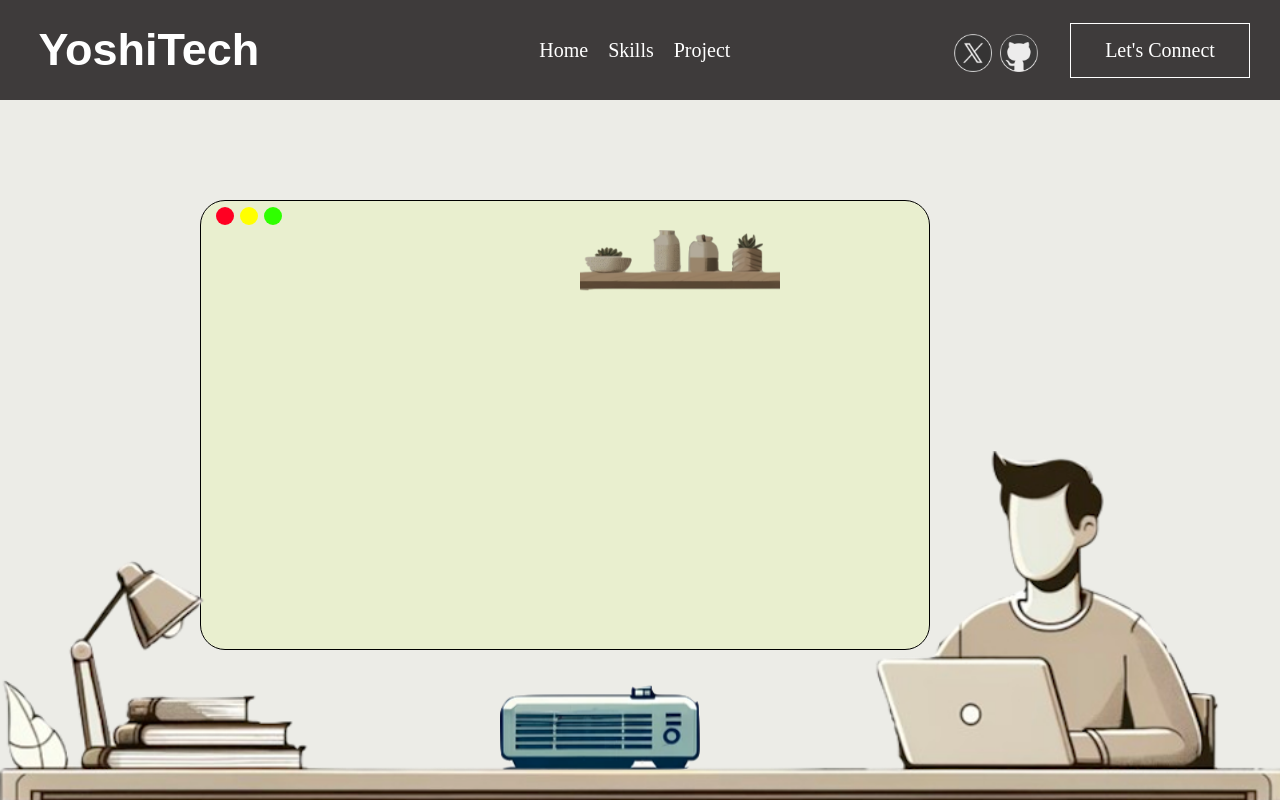
Repository: Yoshiki0418/My_Portfolio
Page: index.html
An editor plug-in stored every save of this project. The page is shown before and after the next save, followed by the edit.
The browser window is 1280 px wide. The pictures show the whole page.

Above is the page before, as saved 2024-01-05 23:45:10.

### index.html
<!DOCTYPE html>
<html lang="ja">
<head>
    <meta charset="UTF-8">
    <meta name="viewport" content="width=device-width, initial-scale=1.0">
    <title>Document</title>
    <link rel="stylesheet" type="text/css" href="style.css">
</head>
<body>
    <header>
        <h1 class="Logo">YoshiTech</h1>
        <div class="page_changer">
            <a class="changer_font">Home</a>
            <a class="changer_font">Skills</a>
            <a class="changer_font">Project</a>
        </div>
        <div class="sns_container">
            <a><img src="static/image/X.png" class="sns_pic"></a>
            <a><img src="static/image/GitHub.png" class="sns_pic"></a>
        </div>
        <div class="connect_container">
            <a class="connect_font">Let's Connect</a>
        </div>
    </header>
    <main>
        <section class="hero_section">
            <div class="monitor_container">
                <div class="circle_container">
                    <div class="circle1"></div>
                    <div class="circle2"></div>
                    <div class="circle3"></div>
                </div>
            </div>
            <img class="background2" src="static/image/4.png">
            <img class="background_sub" src="static/image/2.png">
            <img class="background" src="static/image/1.png">
        </section>
    </main>

</body>
</html>

### style.css
*{
    margin: 0;
    padding: 0;
    box-sizing: border-box; /* サイズ計算をより予測しやすくするためのプロパティ */
}

header {
	display: flex;					/*flexボックスを使う指定*/
	align-items: center;			/*垂直揃えの指定。天地中央に配置されるように。*/
    width: 100%;
    height: 100px;
	background-color: #3E3B3B;
    position: relative;
}

.Logo{
    margin-left: 3%;
    color: white;
    font-family: 'Comic Sans MS', 'Arial Rounded MT Bold', sans-serif;
    font-size: 45px;
}

.page_changer{
    display: flex;
	align-items: center;
    padding: 20px;
    margin-left: 250px;
    margin-right: 250px;
}

.changer_font{
    color: white;
    margin: 10px;
    font-size: 20px;
}

.connect_font{
    color: white;
    font-size: 20px;
}

.connect_container{
    position: absolute;
    right: 30px;
    width: 180px;
    height: 55px;
    border: 1px solid white;
    display: flex;
    align-items: center;
    justify-content: center;
}

.sns_pic{
    width: 38px;
    height: auto;
    margin: 2px;
}

.sns_container{
    margin-top: 10px;
    position: absolute;
    right: 240px;
}

.hero_section{
    background-color: #ECECE7;
    width: 100%;
    height: 700px;
    position: relative;
}

.monitor_container{
    background-color: #E9EFCF;
    width: 730px;
    height: 450px;
    margin-left: 200px;
    border: 1px solid rgb(0, 0, 0);
    position: absolute;
    top: 100px;
    border-radius: 25px;
    display: flex;
    flex-wrap: wrap;
}

.circle_container{
	display: flex;
	flex-wrap: wrap;
    position: absolute;
    top: 6px;
    left: 15px;
}

.background{
    position: absolute;
    bottom: 0px;
    width: 100%;
    height: auto;
}

.background_sub{
    position: absolute;
    bottom: 30px;
    left: 500px;
    width: 200px;
    height: auto;
}

.background2{
    position: absolute;
    top: 130px;
    right: 500px;
    width: 200px;
    height: auto;
}

.circle1 {
    width: 18px;
    height: 18px;
    border-radius: 50%;
    background-color: rgb(255, 0, 34);
    margin-right: 6px;
}

.circle2 {
    width: 18px;
    height: 18px;
    border-radius: 50%;
    background-color: rgb(255, 255, 0);
    margin-right: 6px;
}

.circle3 {
    width: 18px;
    height: 18px;
    border-radius: 50%;
    background-color: rgb(47, 255, 0);
}

After the next save:
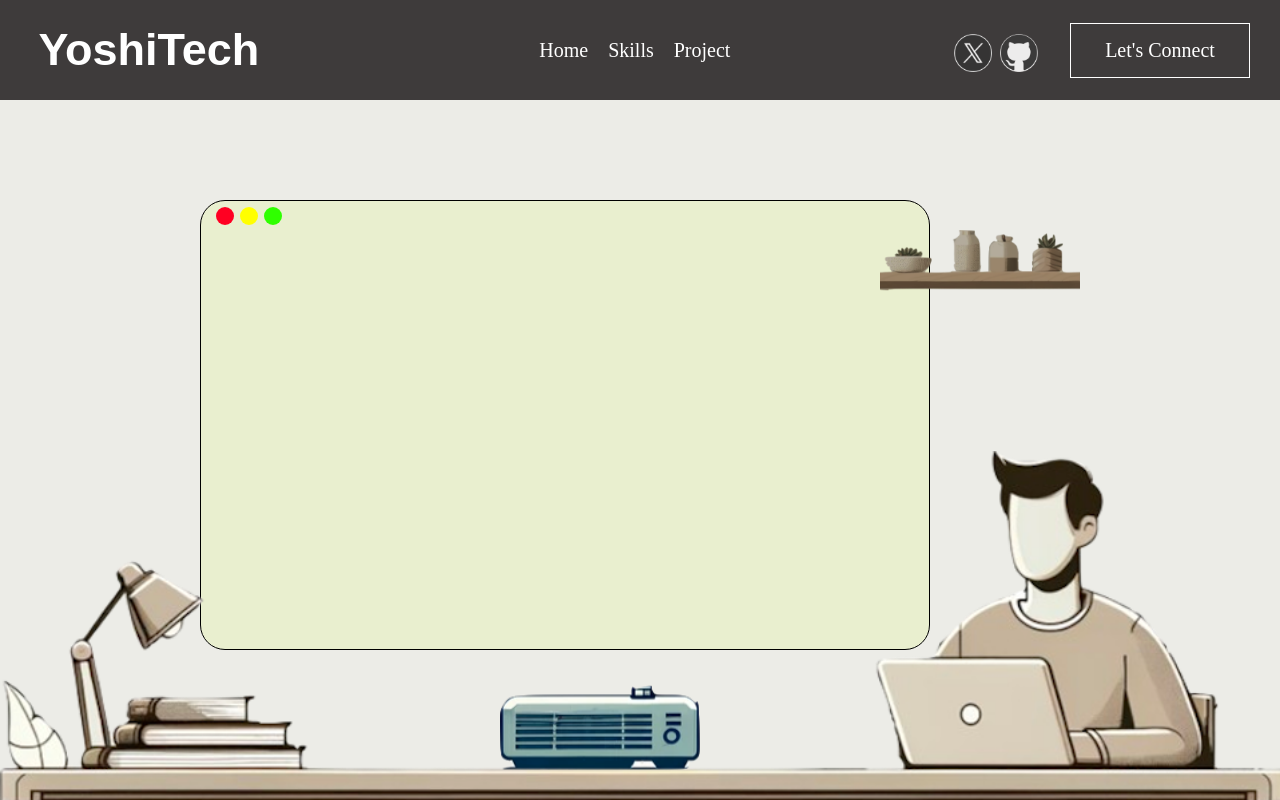
Saved 20 s later.
--- a/style.css
+++ b/style.css
@@ -108,7 +108,7 @@
 .background2{
     position: absolute;
     top: 130px;
-    right: 500px;
+    right: 200px;
     width: 200px;
     height: auto;
 }
